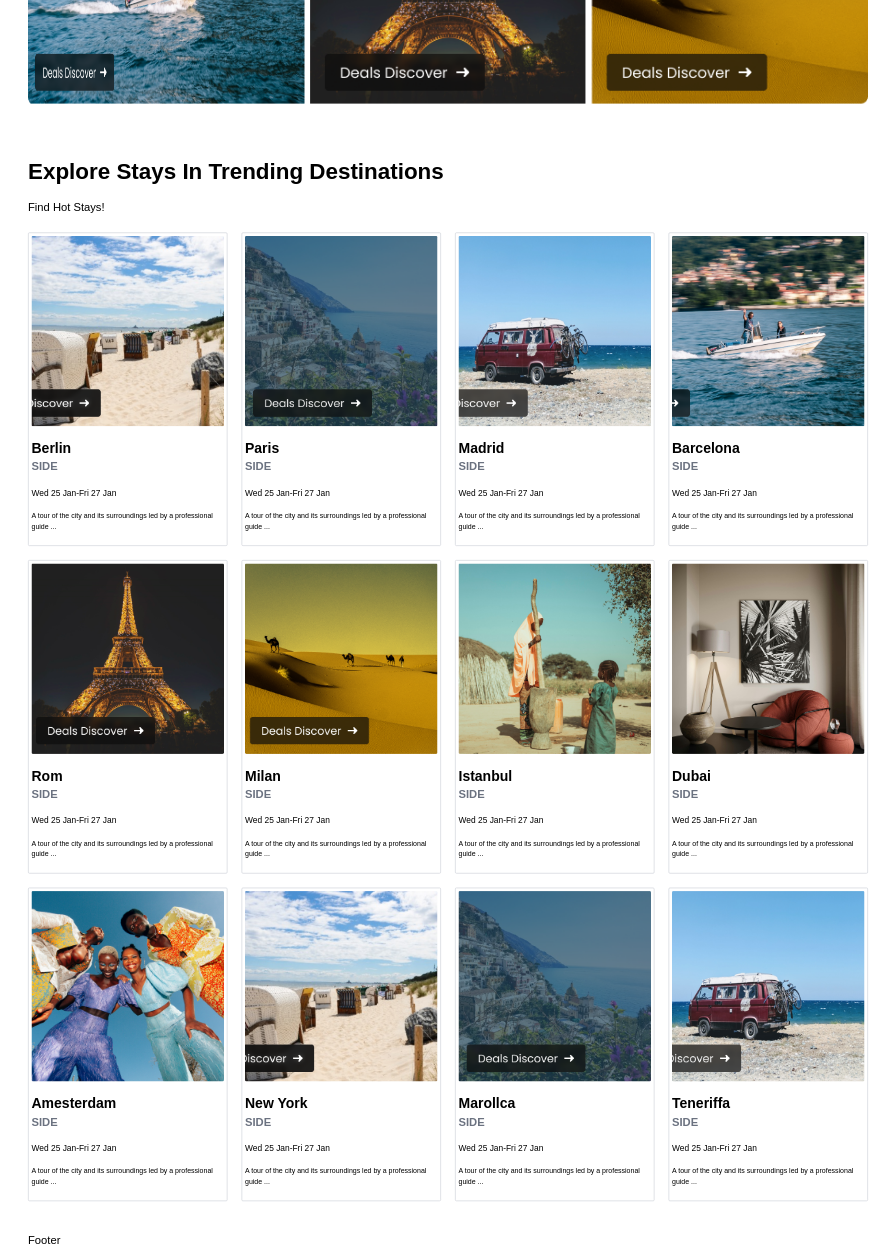
Repository: Quynhhuong150322/DIKO_STUDY_TRAVEL_WEB
Page: /
The author's editor kept a copy of each file at every save. The page is drawn from the files as they stood at one save, then again after the next save.
The browser window is 1280 px wide. The pictures show the part of the page from y = 1360 to 3280 px (the page is 3144 px tall before and 3280 px after), at 70% of full size.
The project was rebuilt for these pictures with package versions that can differ from the ones it lists, and the page was loaded fresh each time. Also part of the build but not shown: src/components/Login.js, src/components/Register.js. Imported but missing from the stored project, and not drawn on this page: src/redux/slices/authSlice.

Above is the page before, as saved 2024-02-23 11:48:26.

### src/index.css
@tailwind base;
@tailwind components;
@tailwind utilities;

@import url("https://fonts.googleapis.com/css2?family=Poppins:wght@100;300;400;500;600&display=swap");

@layer base {
  html {
    font-family: "Poppins", sans-serif;
  }
  * {
    margin: 0;
    padding: 0;
    box-sizing: border-box;
    scroll-behavior: smooth;
    /* background-color: #F9F9F9; */
  }
}

@layer components {
  .max-container {
    max-width: 1260px;
    /* min-height: 100vh; */
    margin: 0 auto;
    padding: 0 30px;
    /* display: flex; */
    /* flex-direction: column; */
    justify-content: space-between;
  }
  .button {
    width: 189px;
    height: 40px;
    border-style: solid;
    border-width: 2px;
    border-color: #07689F;
    color: #07689F;
  }
  .tabMenu {
    width: 121px;
    height: 40px;
    color: #D9D9D9;
    border-style: solid;
    border-width: 2px;
    border-color: #D9D9D9;
    color: #D9D9D9;
    border-radius: 9999px;
  }
  .tabSearch {
    /* max-width: 1190px; */
    height: 56px;
    border-style: solid;
    border-width: 1px;
    border-color: #D9D9D9;
    padding: 0 16px;
    font-size: 12px;
  }

}

### src/App.js
import React from "react";
import Navbar from "./components/Navbar";
import Footer from "./components/Footer";
import AppRoutes from "./routes/AppRoutes";
import { BrowserRouter as Router } from "react-router-dom";

const App = () => {
  return (
    <Router>
      <div className="">
        <div className="max-container">
          <Navbar />
        </div>
        <div>
          <AppRoutes />
        </div>
        <div className="max-container">
          <Footer />
        </div>
      </div>
    </Router>
  );
};

export default App;

### src/redux/store.js
import { configureStore } from "@reduxjs/toolkit";
import authReducer from "./slices/authSlice";

export const store = configureStore({
  reducer: {
    users: authReducer,
  },
});

### src/components/Navbar.js
import React from 'react'
import Logo from '../assets/images/Header/Logo.png'
import EL from '../assets/images/Header/England.png'
import { FaRegQuestionCircle } from "react-icons/fa";
import { LuSearch } from "react-icons/lu";

const MenuData = [
    {
        id: 1,
        name: 'Trip',
    },
    {
        id: 2,
        name: '%Deals',
    },
    {
        id: 3,
        name: 'Hotel',
    },
    {
        id: 4,
        name: 'Flight',
    },
    {
        id: 5,
        name: 'Apartment',
    },
    {
        id: 6,
        name: 'Camper',
    },
]

const Navbar = () => {
    return (
        <div className='bg-neutral py-[24px]'>
            <div className="flex flex-col gap-10">
                {/* Header Section  */}
                <div className='flex gap-2 items-center'>
                    <img src={Logo} alt="" />
                    <div className='flex gap-7 items-center'>
                        <div className="flex gap-1 items-center">
                            <FaRegQuestionCircle className='text-primary' />
                            <img src={EL} alt="" className='w-7 h-7' />
                            {/* Search  */}
                            <div className="relative flex items-center">
                                <input
                                    type="text"
                                    placeholder="search"
                                    className="w-[605px] h-[32px] rounded-sm border border-gray-300 px-2 py-1 focus:outline-none focus:border-1 focus:border-primary"
                                />
                                <LuSearch className="text-gray-500 group-hover:text-primary absolute top-1/2 -translate-y-1/2 right-3 cursor-pointer" />
                            </div>
                        </div>
                        <div className='flex gap-2 items-center'>
                            <button className='button border-primary bg-neutral hover:scale-105 py-2 px-4 rounded-sm'>
                                Sing In
                            </button>
                            <button className='button border-primary bg-neutral hover:scale-105 py-2 px-4 rounded-sm'>
                                Register
                            </button>
                        </div>
                    </div>
                    <div>
                    </div>
                </div>
                {/* Upper Nav  */}
                <div className=''>
                    <div className=' '>
                        <ul className='flex justify-center gap-4'>
                            {
                                MenuData.map((data) => (
                                    <button key={data.id} className='text-pri tabMenu focus:bg-primary focus:text-white focus:font-bold focus:border-primary inline-block hover:text-primary' >
                                        {data.name}
                                    </button>
                                ))
                            }
                        </ul>
                    </div>
                </div>
            </div>
        </div>
    )
}

export default Navbar

### src/routes/AppRoutes.js
import React from "react";
import { Switch, Route } from "react-router-dom";
import Login from "../components/Login";
import Register from "../components/Register";
import Langding from "../pages/LangdingPage/Langding";
const AppRoutes = () => {
  return (
    <div>
      <Switch>
        <Route path="/login">
          <Login />
        </Route>
        <Route path="/register">
          <Register />
        </Route>
        <Route path="/" exact>
          <Langding />
        </Route>
        <Route path="*">
          <div className="">404 not Error...</div>
        </Route>
      </Switch>
    </div>
  );
};

export default AppRoutes;

### src/pages/LangdingPage/Langding.js
import React from 'react'
import Picture from '../../assets/images/LangdingPage/Picture.png'
import { LuHotel } from "react-icons/lu";
import { IoCalendarOutline } from "react-icons/io5";
import { SlArrowDown } from "react-icons/sl";
import { FiUserPlus } from "react-icons/fi";
import Img1 from "../../assets/images/LangdingPage/SpecialOffers/Photo 1.png";
import Img2 from "../../assets/images/LangdingPage/SpecialOffers/Photo 2.png"
import Img3 from "../../assets/images/LangdingPage/SpecialOffers/Photo 3.png"
import Img4 from "../../assets/images/LangdingPage/SpecialOffers/Photo 4.png"
import Img5 from "../../assets/images/LangdingPage/SpecialOffers/Photo 5.png"
import Img6 from "../../assets/images/LangdingPage/SpecialOffers/Photo 6.png"
import Img7 from "../../assets/images/LangdingPage/ExploreStays/Image1.jpg"
import Img8 from "../../assets/images/LangdingPage/ExploreStays/Image2.jpg"
import Img9 from "../../assets/images/LangdingPage/ExploreStays/Image3.jpg"
// import Img10 from "../../assets/images/LangdingPage/SpecialOffers/Photo 6.png"
// import Img11 from "../../assets/images/LangdingPage/SpecialOffers/Photo 6.png"



const BannerImg = {
  backgroundImage: `url(${Picture})`,
  backgroundPosition: "center",
  backgroundRepeat: "no-repeat",
  backgroundSize: "cover",
  height: "394px",
  width: "100%",
};
const ListMenu = [
  {
    id: 1,
    name: "All",
  },
  {
    id: 2,
    name: "Hotels",
  },
  {
    id: 3,
    name: "Flights",
  },
  {
    id: 4,
    name: "Multi",
  }
]

const ListImage = [
  {
    id: 1,
    img: Img1,
  },
  {
    id: 2,
    img: Img2,
  },
  {
    id: 3,
    img: Img3,
  },
  {
    id: 4,
    img: Img4,
  },
  {
    id: 5,
    img: Img5,
  },
  {
    id: 6,
    img: Img6,
  },
]
const ListCard = [
  {
    id: 1,
    img: Img1,
    location: "Berlin",
    side: "SIDE",
    time: "Wed 25 Jan-Fri 27 Jan",
    title: "A tour of the city and its surroundings led by a professional guide ..."
  },
  {
    id: 2,
    img: Img2,
    location: "Paris",
    side: "SIDE",
    time: "Wed 25 Jan-Fri 27 Jan",
    title: "A tour of the city and its surroundings led by a professional guide ..."

  },
  {
    id: 3,
    img: Img3,
    location: "Madrid",
    side: "SIDE",
    time: "Wed 25 Jan-Fri 27 Jan",
    title: "A tour of the city and its surroundings led by a professional guide ..."

  },
  {
    id: 4,
    img: Img4,
    location: "Barcelona",
    side: "SIDE",
    time: "Wed 25 Jan-Fri 27 Jan",
    title: "A tour of the city and its surroundings led by a professional guide ..."

  },
  {
    id: 5,
    img: Img5,
    location: "Rom",
    side: "SIDE",
    time: "Wed 25 Jan-Fri 27 Jan",
    title: "A tour of the city and its surroundings led by a professional guide ..."

  },
  {
    id: 6,
    img: Img6,
    location: "Milan",
    side: "SIDE",
    time: "Wed 25 Jan-Fri 27 Jan",
    title: "A tour of the city and its surroundings led by a professional guide ..."

  },
  {
    id: 7,
    img: Img7,
    location: "Istanbul",
    side: "SIDE",
    time: "Wed 25 Jan-Fri 27 Jan",
    title: "A tour of the city and its surroundings led by a professional guide ..."

  },
  {
    id: 8,
    img: Img8,
    location: "Dubai",
    side: "SIDE",
    time: "Wed 25 Jan-Fri 27 Jan",
    title: "A tour of the city and its surroundings led by a professional guide ..."

  },
  {
    id: 9,
    img: Img9,
    location: "Amesterdam",
    side: "SIDE",
    time: "Wed 25 Jan-Fri 27 Jan",
    title: "A tour of the city and its surroundings led by a professional guide ..."

  },
  {
    id: 10,
    img: Img1,
    location: "New York",
    side: "SIDE",
    time: "Wed 25 Jan-Fri 27 Jan",
    title: "A tour of the city and its surroundings led by a professional guide ..."

  },
  {
    id: 11,
    img: Img2,
    location: "Marollca",
    side: "SIDE",
    time: "Wed 25 Jan-Fri 27 Jan",
    title: "A tour of the city and its surroundings led by a professional guide ..."

  },
  {
    id: 12,
    img: Img3,
    location: "Teneriffa",
    side: "SIDE",
    time: "Wed 25 Jan-Fri 27 Jan",
    title: "A tour of the city and its surroundings led by a professional guide ..."

  },
]

const Langding = () => {
  return (
    <div >
      {/* Discover Trip  */}
      <div className=' background ' style={BannerImg}>
        <div className=' '>
          <h1 className='text-3xl w-1/3 font-bold text-white bg-opacity-0'>
            Discover Your Trip Worldwide !
          </h1>
          <div class="flex flex-row  bg-white">
            <div class="basis-1/4 tabSearch flex gap-9 items-center">
              <LuHotel className='text-primary' size={24} />
              <p className=''>
                Where Are you Going to?
              </p>
            </div>
            <div class="basis-1/4 tabSearch flex gap-6 items-center">
              <IoCalendarOutline size={24} className='text-primary' />
              <p className=''>
                Check In Date
              </p>
              <p className=''>
                Check Out Date
              </p>
            </div>
            <div class="basis-1/3 tabSearch flex gap-8 items-center">
              <FiUserPlus size={24} className='text-primary' />
              <p className=''>
                Adults 2
              </p>
              <p className=''>
                Children 3
              </p>
              <p className=''>
                Room
              </p>
              <SlArrowDown size={24} className='text-primary' />
            </div>
            <div class="basis-1/6  tabSearch bg-primary flex justify-center items-center">
              <p className='font-bold text-white'>Search</p>
            </div>
          </div>
        </div>
      </div>
      {/* Special Offers */}
      <div className='max-container py-6'>
        {/* checkbox  */}
        <div className='flex flex-col gap-6 py-6'>
          <h2 className='text-2xl font-bold'>Special Offers</h2>
          <div className='flex '>
            <div className='flex justify-center items-center gap-2'>
              {
                ListMenu.map((data) => (
                  <><input
                    type="checkbox"
                    className="w-[24px] h-[24px] border border-gray-300 px-2 py-1 focus:outline-none focus:border-1 focus:border-primary" />
                    <label for="checkbox" className='text-base'>{data.name}</label>
                  </>
                ))
              }
            </div>
          </div>
        </div>
        {/* image  */}
        <div>
          <div className='grid grid-cols-3 gap-2'>
            {
              ListImage.map((data) => (
                <img src={data.img} alt="" className='w-full h-full' />
              ))
            }
          </div>
        </div>
      </div>

      {/* Explore Stays In Trending Destinations  */}
      <div className='max-container py-6'>
        <div className='flex flex-col gap-4 py-6'>
          <h2 className='text-2xl font-bold'>Explore Stays In Trending Destinations</h2>
          <p>Find Hot Stays!</p>
        </div>
        {/* ImageCard */}
        <div className='grid grid-cols-4 place-items-center gap-5 '>
          {
            ListCard.map((data) => (
              <div className='flex flex-col gap-4 border rounded-sm border-gray-300 p-1'>
                <img src={data.img} alt="" className=' h-[272px] w-full object-cover rounded-sm'>
                </img>
                <div className='flex flex-col gap-4 pb-4'>
                  <div className=''>
                    <p className='text-xl font-semibold'>{data.location}</p>
                    <p className='text-base text-gray-500/100 font-semibold'>{data.side}</p>
                  </div>
                  <p className='text-sm font-medium'>{data.time}</p>
                  <p className='text-l font-light'>{data.title}</p>
                </div>
              </div>
            ))
          }
          <div className=''>
          </div>
        </div>
      </div>
    </div>
  )
}

export default Langding

### tailwind.config.js
/** @type {import('tailwindcss').Config} */
module.exports = {
  content: ["./src/**/*.{js,jsx,ts,tsx}"],
  theme: {
    extend: {
      colors: {
        primary: "#07689F",
        secondary: "#D9D9D9",
        neutral: "#F9F9F9",
        pri: "#A6A6A6",
      },
      fontSize: {
        sm: '12px',
        base: '16px',
        'l': '10px',
        xl: '20px',
        '2xl': '32px',
        '3xl': '40px',
        '4xl': '44px',
        // '5xl': '3.052rem',
      },
    },
  },
  plugins: [],
};

Loaded but not shown: public/index.html (common file); src/index.js (common file); src/reportWebVitals.js (common file); src/components/Footer.js (common file)

After the next save:
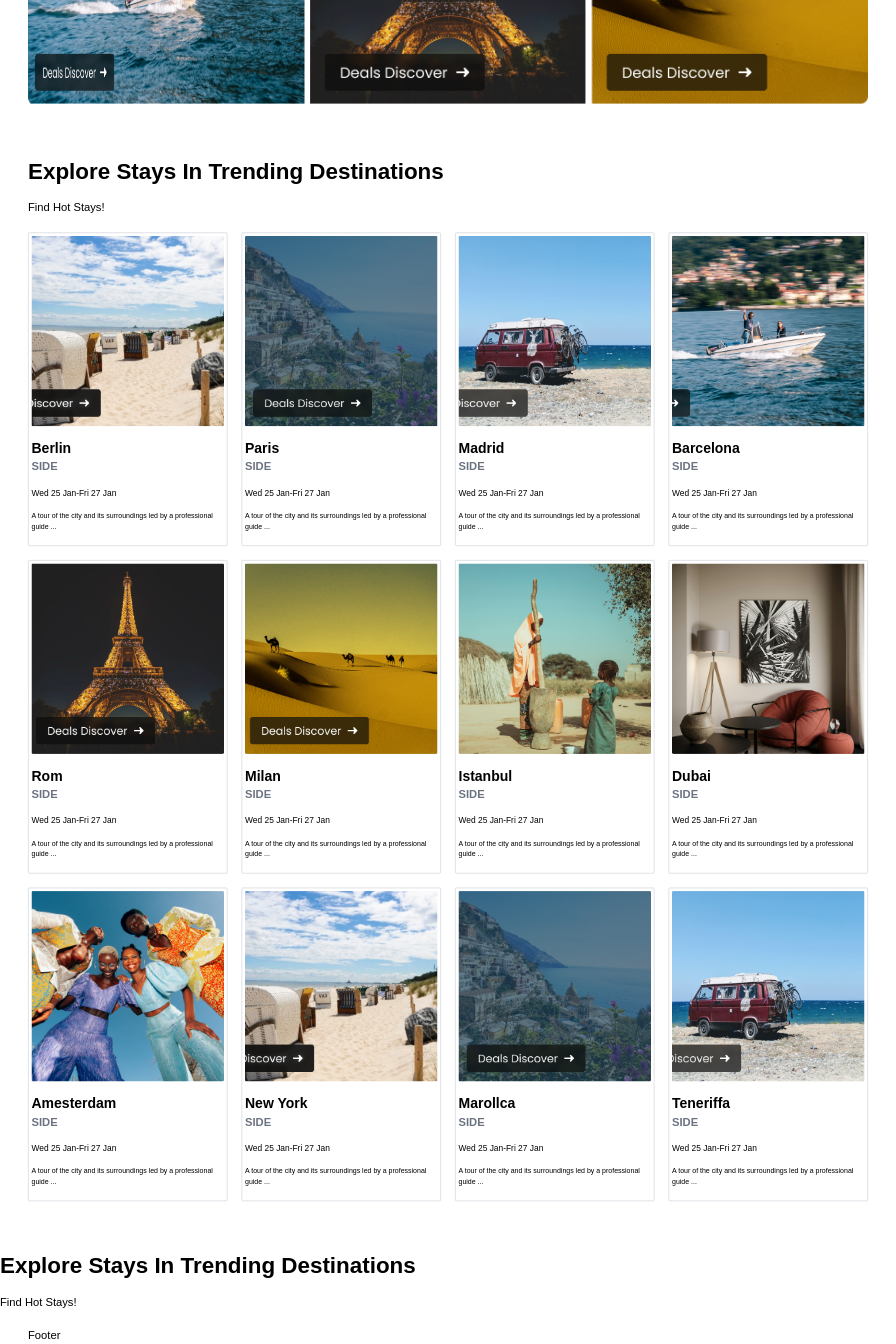
Saved 74 s later.
--- a/src/pages/LangdingPage/Langding.js
+++ b/src/pages/LangdingPage/Langding.js
@@ -284,6 +284,12 @@ const Langding = () => {
           </div>
         </div>
       </div>
+      <div>
+        <div className='flex flex-col gap-4 py-6'>
+          <h2 className='text-2xl font-bold'>Explore Stays In Trending Destinations</h2>
+          <p>Find Hot Stays!</p>
+        </div>
+      </div>
     </div>
   )
 }
